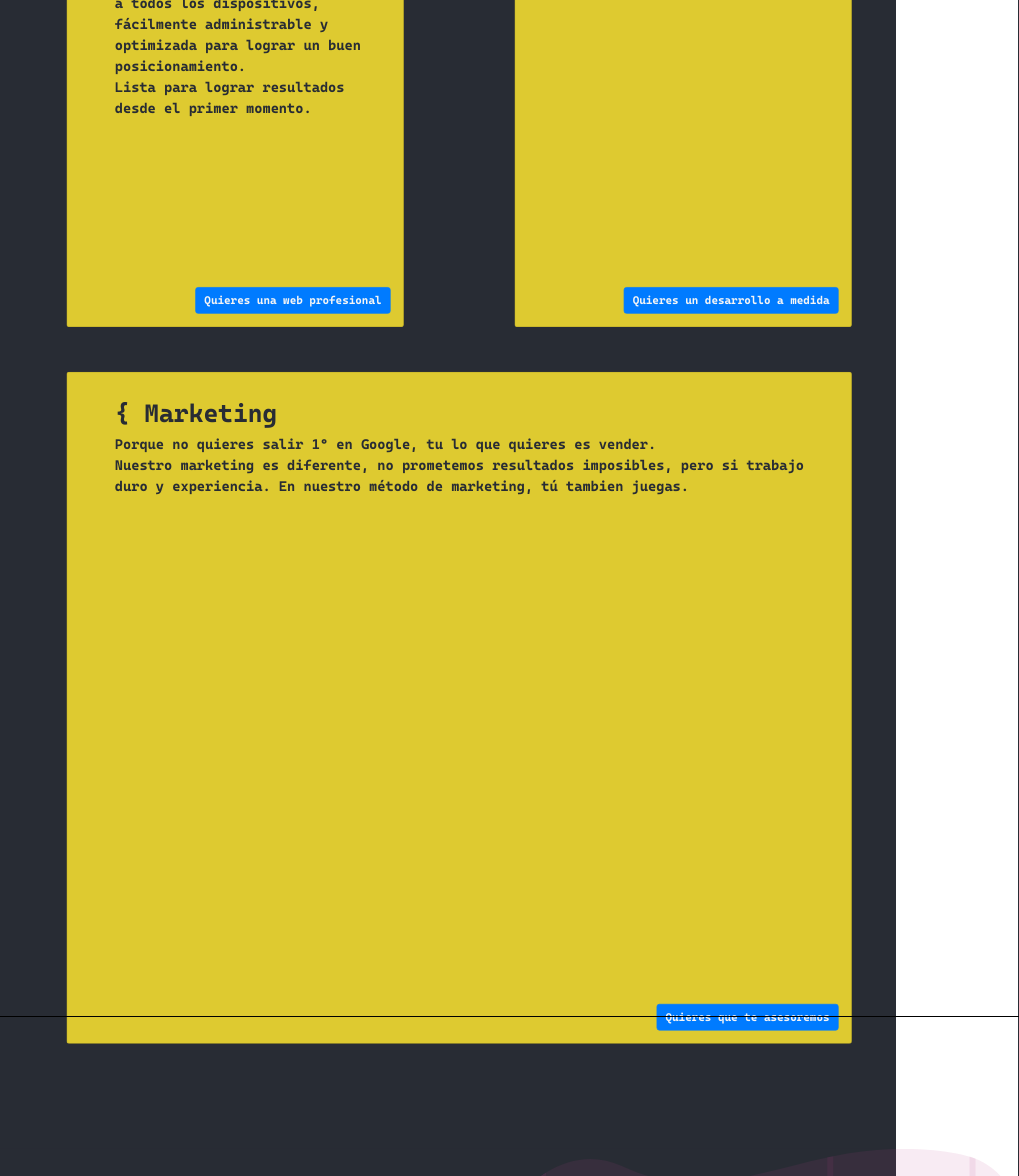
Repository: banchiec/thinkcode
Page: /
These files come from the project's save history. The page is drawn as it stood at one moment and after the next save; the edit follows.
The browser window is 1280 px wide. The page is 1455 px wide, so the pictures cover 1455 px, including what lies to the right of the window. The pictures show the part of the page from y = 1453 to 3133 px (the page is 3694 px tall before and 3374 px after), at 70% of full size.
Some web libraries are served in a nearby version. The project was rebuilt for these pictures with package versions that can differ from the ones it lists, and the page was loaded fresh each time. A package was used in the major version that the imports need, not the one package.json lists. Also part of the build but not shown: src/components/MenuItems.js, src/components/Dropdownthink.css, src/components/Dropdownthink.js, src/components/pages/Consulting.js, src/components/pages/ContactUs.js, src/components/pages/Marketing.js, src/components/pages/Products.js, src/components/pages/Services.js and 1 more.

Above is the page before, as saved 2020-11-27 00:55:59.

### public/index.html
<!DOCTYPE html>
<html lang="en">
  <head>
    <meta charset="utf-8" />
    <link rel="icon" href="%PUBLIC_URL%/favicon.ico" />
    <meta name="viewport" content="width=device-width, initial-scale=1" />
    <meta name="theme-color" content="#000000" />
    <meta
      name="description"
      content="Web site created using create-react-app"
    />
    <link rel="apple-touch-icon" href="%PUBLIC_URL%/logo192.png" />
    <script src="https://kit.fontawesome.com/e7a02c1b14.js" crossorigin="anonymous"></script>
    <!--
      manifest.json provides metadata used when your web app is installed on a
      user's mobile device or desktop. See https://developers.google.com/web/fundamentals/web-app-manifest/
    -->
    <link rel="manifest" href="%PUBLIC_URL%/manifest.json" />
    <!--
      Notice the use of %PUBLIC_URL% in the tags above.
      It will be replaced with the URL of the `public` folder during the build.
      Only files inside the `public` folder can be referenced from the HTML.

      Unlike "/favicon.ico" or "favicon.ico", "%PUBLIC_URL%/favicon.ico" will
      work correctly both with client-side routing and a non-root public URL.
      Learn how to configure a non-root public URL by running `npm run build`.
    -->
    <title>React App</title>
  </head>
  <body>
    <noscript>You need to enable JavaScript to run this app.</noscript>
    <div id="root"></div>
    <!--
      This HTML file is a template.
      If you open it directly in the browser, you will see an empty page.

      You can add webfonts, meta tags, or analytics to this file.
      The build step will place the bundled scripts into the <body> tag.

      To begin the development, run `npm start` or `yarn start`.
      To create a production bundle, use `npm run build` or `yarn build`.
    -->


  </body>
</html>

### src/index.css
body {
  margin: 0;
  font-family: -apple-system, BlinkMacSystemFont, 'Segoe UI', 'Roboto', 'Oxygen',
    'Ubuntu', 'Cantarell', 'Fira Sans', 'Droid Sans', 'Helvetica Neue',
    sans-serif;
  -webkit-font-smoothing: antialiased;
  -moz-osx-font-smoothing: grayscale;
}

code {
  font-family: source-code-pro, Menlo, Monaco, Consolas, 'Courier New',
    monospace;
}
@font-face{
  font-family: 'CascadiaCode-Bold';
  src: local('CascadiaCode-Bold'), url(./fonts/CascadiaCode-Bold.ttf)
}

### src/App.js
import './App.css';
// import logo_thinkcode from './logo_thinkcode.png'
import React, {} from 'react'
import Navbarthink from './components/Navbarthink'
import {BrowserRouter as Router, Switch, Route} from 'react-router-dom'

// import Button  from 'react-bootstrap/Button'
// import 'bootstrap/dist/css/bootstrap.min.css'

// import {Navbar,Button, Nav , NavLink} from 'react-bootstrap'

import Consulting from './components/pages/Consulting'
import ContactUs from './components/pages/ContactUs'
import Home from './components/pages/Home'
import Marketing from './components/pages/Marketing'
import Products from './components/pages/Products'
import Services from './components/pages/Services'
import SignUp from './components/pages/SignUp'

function App() {

  // const [click, setClick] = useState(false)
  // const [dropdown, setDropdown] = useState(false)




  return (
    <div className="App">
      <Router>
        <Navbarthink/>
        <Switch>
          <Route path='/consulting' exact component ={Consulting}></Route>
          <Route path='/contact-us' exact component ={ContactUs}></Route>
          <Route path='/' exact component ={Home}></Route>
          <Route path='/marketing' exact component ={Marketing}></Route>
          <Route path='/products' exact component ={Products}></Route>
          <Route path='/services' exact component ={Services}></Route>
          <Route path='/sign-up' exact component ={SignUp}></Route>
        </Switch>
      </Router>

      {/* <Navbar className="navbar_thinkcode "  expand="lg">
        <Navbar.Brand href ="#home">
          <img
            alt=""
            src={logo_thinkcode}
            className="d-inline-block align-top ml-4"
            width="320"
            height="50"
          />
        </Navbar.Brand>
        <Navbar.Toggle aria-controls="responsive-navbar-nav" ></Navbar.Toggle>

        <Navbar.Collapse id="responsive-navbar-nav" className="ml-5 ">
          <Nav className="collapse navbar-collapse">
            <NavLink className="enlace_navbar ">Páginas web</NavLink>
            <NavLink className="enlace_navbar">Desarrollo a medida</NavLink>
            <NavLink className="enlace_navbar">Portafolio</NavLink>
            <NavLink className="enlace_navbar">Contacto</NavLink>
          </Nav>
        </Navbar.Collapse>
        <Button variant="success">¿Hablamos?</Button>
      </Navbar> */}

      {/* <header className="App-header">
        <h1>thinkcode</h1>
        <Button>send up</Button>
      </header> */}
    </div>
  );
}

export default App;

### src/App.css
*{
  box-sizing: border-box;
  margin: 0;
  padding: 0;
  font-family: CascadiaCode-Bold;
  /* background: #282c34 ; */
  /* background: linear-gradient(90deg, rgb(76, 80, 88) 100%, rgb(8, 8, 9) 0%); */
}

.App {
  text-align: center;
  background: #282c34 ;
}

.App-logo {
  height: 40vmin;
  pointer-events: none;
}

.home, .services, .products,.contact-us,.sign-up, .marketing, .consulting{
  display: flex;
  height: 90vh;
  align-items: center;
  justify-content: center;
  font-size: 3rem;
}





@media (prefers-reduced-motion: no-preference) {
  .App-logo {
    animation: App-logo-spin infinite 20s linear;
  }
}

.App-header {
  background-color: #282c34;
  min-height: 100vh;
  display: flex;
  flex-direction: column;
  align-items: center;
  justify-content: center;
  font-size: calc(10px + 2vmin);
  color: white;
}

.App-link {
  color: #61dafb;
}

@keyframes App-logo-spin {
  from {
    transform: rotate(0deg);
  }
  to {
    transform: rotate(360deg);
  }
}

### src/components/Navbarthink.js
import React, { useState} from 'react'
import logo_thinkcode from '../images/logo_thinkcode.png'
// import logo_thinkcode from '../images/logo_thinkcode.png'
import { Buttonthink} from './Buttonthink'
import {Link} from 'react-router-dom'
import './Navbarthink.css'
import Dropdownthink from './Dropdownthink'

export default function Navbarthink(){
    const [click, setClick] = useState(false)
    const [dropdown, setDropdown] = useState(false)

    const handleClick = () => setClick(!click)
    const closeMobileMenu = () => setClick(false)

    const onMouseEnter = () =>{
        if(window.innerWidth < 960) {
        setDropdown(false)
        } else {
        setDropdown(true)
        }
    }
    const onMouseLeave = () =>{
        if(window.innerWidth < 960) {
        setDropdown(false)
        } else {
        setDropdown(false)
        }
    }

    return(
        <>
            <nav className="navbarthink">
                <Link to='/' className="navbar-logo">
                    {/* thinkcode */}
                    <img alt="" src={logo_thinkcode} width="300" height="40"></img>
                </Link>
                <div className='menu-icon' onClick={handleClick}>
                    <i className={click ? 'fas fa-times' : 'fas fa-bars'}
                    />
                </div>
                <ul className={ click ? 'nav-menu active' : 'nav-menu'}>

                    <li className='nav-item'>
                        <Link to='/' className='nav-links' onClick={closeMobileMenu}>
                            Home
                        </Link>
                    </li>
                    <li className='nav-item'
                        onMouseEnter={onMouseEnter}
                        onMouseLeave={onMouseLeave}
                        // onClick={handleClick}
                        >
                        <Link to='/services' className='nav-links' onClick={closeMobileMenu}>
                           Services
                           <i className='fas fa-caret-down' />
                        </Link>
                        {dropdown && <Dropdownthink/>}
                    </li>
                    <li className='nav-item'>
                        <Link to='/products' className='nav-links' onClick={closeMobileMenu}>
                            Products
                        </Link>
                    </li>
                    <li className='nav-item'>
                        <Link to='/contact-us' className='nav-links' onClick={closeMobileMenu}>
                           Contact Us
                        </Link>
                    </li>
                    <li className='nav-item'>
                        <Link to='/sign-up' className='nav-links-mobile' onClick={closeMobileMenu}>
                           Sign up
                        </Link>
                    </li>

                </ul>
                <Buttonthink />
            </nav>
        </>
    )

}

### src/components/pages/Home.js
import React from 'react'
import InfoSection from '../infoSection/InfoSection'
import Pricing from '../pricing/Pricing'

export default function Home() {
    return (
        <div>
            <InfoSection></InfoSection>
            <Pricing></Pricing>
            <InfoSection></InfoSection>
           {/* <h1 className='consulting' >Thinkcode</h1> */}
        </div>
    )
}

### src/components/Buttonthink.js
import React  from 'react'
import './Buttonthink.css'
import {Link} from 'react-router-dom'

export function Buttonthink() {
        return (
            <Link to ='sing-up'>
               <button className='btnthink'>Sign think </button>
            </Link>
        )
}

### src/components/Navbarthink.css
.navbarthink{
  /* background: linear-gradient(9deg, rgb(66, 80, 88) 0%, rgb(8, 8, 9) 100%); */
  background: #282c34;

  height: 80px;
  display: flex;
  justify-content: center;
  align-items: center;
  font-size: 1.2rem;
}

.navbar-logo {
  color: #fff;
  justify-self: start;
  margin-left: 40px;
  cursor: pointer;
  text-decoration: none;
}

.fa-firstdraft {
  margin-left: 0.5rem;
  font-size: 1.6rem;
}

.nav-menu {
  display: grid;
  grid-template-columns: repeat(5, auto);
  grid-gap: 10px;
  list-style: none;
  text-align: center;
  width: 70vw;
  justify-content: end;
  margin-right: 2rem;
}

.nav-item {
  display: flex;
  align-items: center;
  height: 80px;
}

.nav-links {
  color: white;
  text-decoration: none;
  padding: 0.5rem 1rem;
}

.nav-links:hover {
  background-color: #1888ff;
  border-radius: 4px;
  transition: all 0.2s ease-out;
}

.fa-bars {
  color: #fff;
}

.nav-links-mobile {
  display: none;
}

.menu-icon {
  display: none;
}

@media screen and (max-width: 960px) {
  /* .text-propuesta {
    margin-top: 12rem;
  }
 */
  .fa-caret-down {
    display: none;
  }
  .NavbarItems {
    position: relative;
  }

  .nav-menu {
    display: flex;
    flex-direction: column;
    width: 100%;
    height: 90vh;
    position: absolute;
    top: 80px;
    left: -100%;
    opacity: 1;
    transition: all 0.9s ease;
  }

  .nav-menu.active {
    background: #2a2c30;
    left: 0;
    opacity: 1;
    transition: all 0.5s ease;
    z-index: 1;
  }

  .nav-links {
    text-align: center;
    padding: 2rem;
    width: 100%;
    display: table;
  }

  .nav-links:hover {
    background-color: #1888ff;
    border-radius: 0;
  }

  .navbar-logo {
    position: absolute;
    top: 0;
    left: 0;
    transform: translate(25%, 50%);
  }

  .menu-icon {
    display: block;
    position: absolute;
    top: 0;
    right: 0;
    transform: translate(-100%, 60%);
    font-size: 1.8rem;
    cursor: pointer;
  }

  .fa-times {
    color: #fff;
    font-size: 2rem;
  }

  .nav-links-mobile {
    display: block;
    text-align: center;
    padding: 1.5rem;
    margin: 2rem auto;
    border-radius: 4px;
    width: 80%;
    background: #1888ff;
    text-decoration: none;
    color: #fff;
    font-size: 1.5rem;
  }

  .nav-links-mobile:hover {
    background: #fff;
    color: #1888ff;
    transition: 250ms;
  }

  button {
    display: none;
  }
}

### src/components/infoSection/InfoSection.js
import React from 'react'
import imagensvg3 from '../../images/imagensvg3.svg'
import 'bootstrap/dist/css/bootstrap.min.css'
import './infoSection.css'
import {Col, Container,Row,} from 'react-bootstrap'

export default function InfoSection() {
    return (
            <Container fluid  className="content-infoSection">
                <Row>
                    <Col  md={6} lg={6} >
                        <div className="content-text-infoSection">
                            <h2 >thinkcode.<span className="text-title-infoSection">developers</span></h2>
                            <p className="text-infoSection">Diseño y desarrollo de aplicaciones y páginas web para tu negocio o proyecto.
                            Disfrutamos mucho con lo que hacemos, compruébalo.</p>
                        </div>
                    </Col>
                    <Col  md={6} lg={6}  >
                        <img  className="imagensvg-infoSection" alt="" src={imagensvg3}></img>
                    </Col>

                    </Row>

            </Container >
    )
}

### src/components/pricing/Pricing.js

import React from 'react'
import './Pricing.css'
import imagensvg1 from '../../images/imagensvg1.svg'
import 'bootstrap/dist/css/bootstrap.min.css'
import {Card, Container, Button, Row, Col} from 'react-bootstrap'

export default function Pricing() {
    return (
        <Container fluid className ="container-pricing">
            <h1 className="text-propuesta">Conoce nuestros servicios</h1>
            <Row>
                <Col  className="container-card">

                    <Card  className="card-pricing" >
                        <Card.Img variant ="top" src={imagensvg1}></Card.Img>
                        <Card.Body>
                            <h2 className="title-card">&#123;  Web coorporativa</h2>
                            <p className="text-card">
                                Una web profesional, adaptada a todos los dispositivos, fácilmente administrable y optimizada para lograr un buen posicionamiento.
                                <br/>Lista para lograr resultados desde el primer momento.
                            </p>
                            <Button  className="card-button" variant="primary">Quieres una web profesional</Button>
                        </Card.Body>
                    </Card>
                </Col>
                <Col  className="container-card">

                    <Card className="card-pricing">
                    <Card.Body>
                        <h2 className="title-card">&#123;  Desarrollo a medida</h2>
                        <p className="text-card">
                            Creamos aplicaciones web a tu medida para que multipliques tu productividad.<br/>
                            Y olvidate de los softwares comerciales que no encajan con tu negocio.
                        </p>
                        <Button className="card-button" variant="primary">Quieres un desarrollo a medida</Button>
                    </Card.Body>
                    </Card>
                </Col>
                <Col className="container-card">
                    <Card  className="card-pricing" >
                    <Card.Body>
                        <h2 className="title-card">&#123; Marketing</h2>
                        <p className="text-card">
                            Porque no quieres salir 1º en Google, tu lo que quieres es vender. <br/>

                            Nuestro marketing es diferente, no prometemos resultados imposibles, pero si
                            trabajo duro y experiencia. En nuestro método de marketing, tú tambien juegas.                        </p>
                        <Button  className="card-button" variant="primary">Quieres que te asesoremos</Button>
                    </Card.Body>
                    </Card>
                </Col>
            </Row>

        </Container>
    )
}

### src/components/Buttonthink.css
:root{
    --primary: #1888ff;
}
.btnthink{
    padding: 8px 20px;
    border-radius: 4px;
    outline: none;
    border: none;
    font-size: 18px;
    color: #fff;
    cursor: pointer;
    background-color: var(--primary);
}
.btnthink:hover {
    padding: 6px 18px;
    transition: all 1.5s ease-out;
    background-color: transparent;
    color: #2a2a2a;
    border-radius: 4px;
    border: 2px solid var(--primary)
}

### src/components/infoSection/infoSection.css
.imagensvg-infoSection {
    padding: 0;
    /* border-right: 5px; */
    width: 800px;

}
.content-infoSection {
    /* padding: 0; */
    margin-top: 150px;
    background: #282c34 ;
    height: 600px;
    /* border: 1px solid rebeccapurple; */
}
.content-text-infoSection {
    margin-left: 12rem;
    margin-top: 8rem;
    text-align: start;
    /* border: 0; */
    /* padding: 0; */
    /* border: 1px solid whitesmoke; */
    color: whitesmoke;
}
.text-title-infoSection{
    font-size: 3rem;
    /* size: 12px; */
}
.text-infoSection {
    font-size: 22px;
}
@media screen and (max-width: 960px) {
    .content-infoSection {
        margin-top: 0px;
    }
    .text-infoSection{
        margin-top: 3rem;
        margin-left: 1rem;
        margin-right: 1rem;
    }
    .imagensvg-infoSection{
        margin-top: 5rem;
        width: 500px;
    }
    .content-text-infoSection {
        margin-left: 1rem;
    }
    .text-propuesta {
        margin-top: 15rem;
    }

}

### src/components/pricing/Pricing.css
.container-pricing {
    /* background-color: whitesmoke; */
    /* border: 1px solid white; */
    /* height:  800px; */
    background: linear-gradient(90deg, rgb(76, 80, 88) 100%, rgb(66, 66 66) 0%);
    /* z-index: -1; */
}
.container-card{
    padding-top: 4rem;
    align-content: center;
    padding: auto;
    text-align: start;
    /* height: 600px; */
    /* background-color: violet; */
    /* color: transparent; */
}
.card-pricing {
    /* width: 34rem; */
    margin-left: 5rem;
    background: #deca30;
    /* background: #3b4454; */
    /* background: linear-gradient(90deg, rgb(224, 242, 241) 0%, rgb(255, 255, 255) 100%); */
    margin-right: 3rem;
    height: 60rem;
}
.card-button {
    /* margin-top: 3rem; */
    /* margin-left: 13rem; */
    position: absolute;
    right: 18px;
    bottom: 18px;
    color: whitesmoke;
}
.text-card {
    /* padding-top: 1.5rem; */
    padding-left: 3rem;
    padding-right: 2.5rem;
    color: #282c34;
    font-size: 20px;
}
.title-card {
    padding-top: 1rem;
    padding-left: 3rem;
    color: #282c34;
    font-size: 36px;
}
.text-propuesta {
    color: whitesmoke;
    font-size: 3rem;
}

Loaded but not shown: src/index.js (common file); src/reportWebVitals.js (common file)

After the next save:
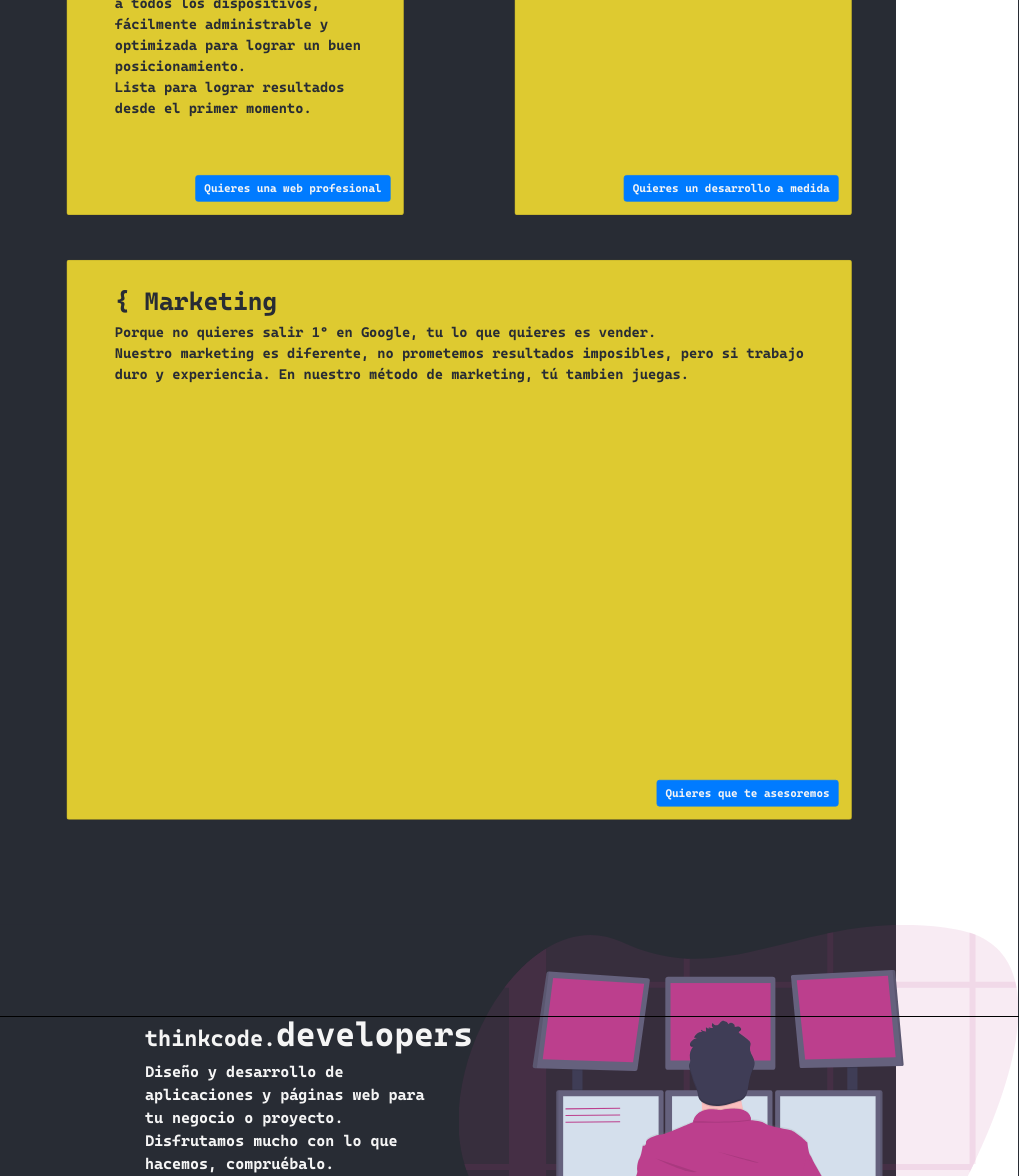
Saved 6 s later.
--- a/src/components/pricing/Pricing.css
+++ b/src/components/pricing/Pricing.css
@@ -21,7 +21,7 @@
     /* background: #3b4454; */
     /* background: linear-gradient(90deg, rgb(224, 242, 241) 0%, rgb(255, 255, 255) 100%); */
     margin-right: 3rem;
-    height: 60rem;
+    height: 50rem;
 }
 .card-button {
     /* margin-top: 3rem; */
